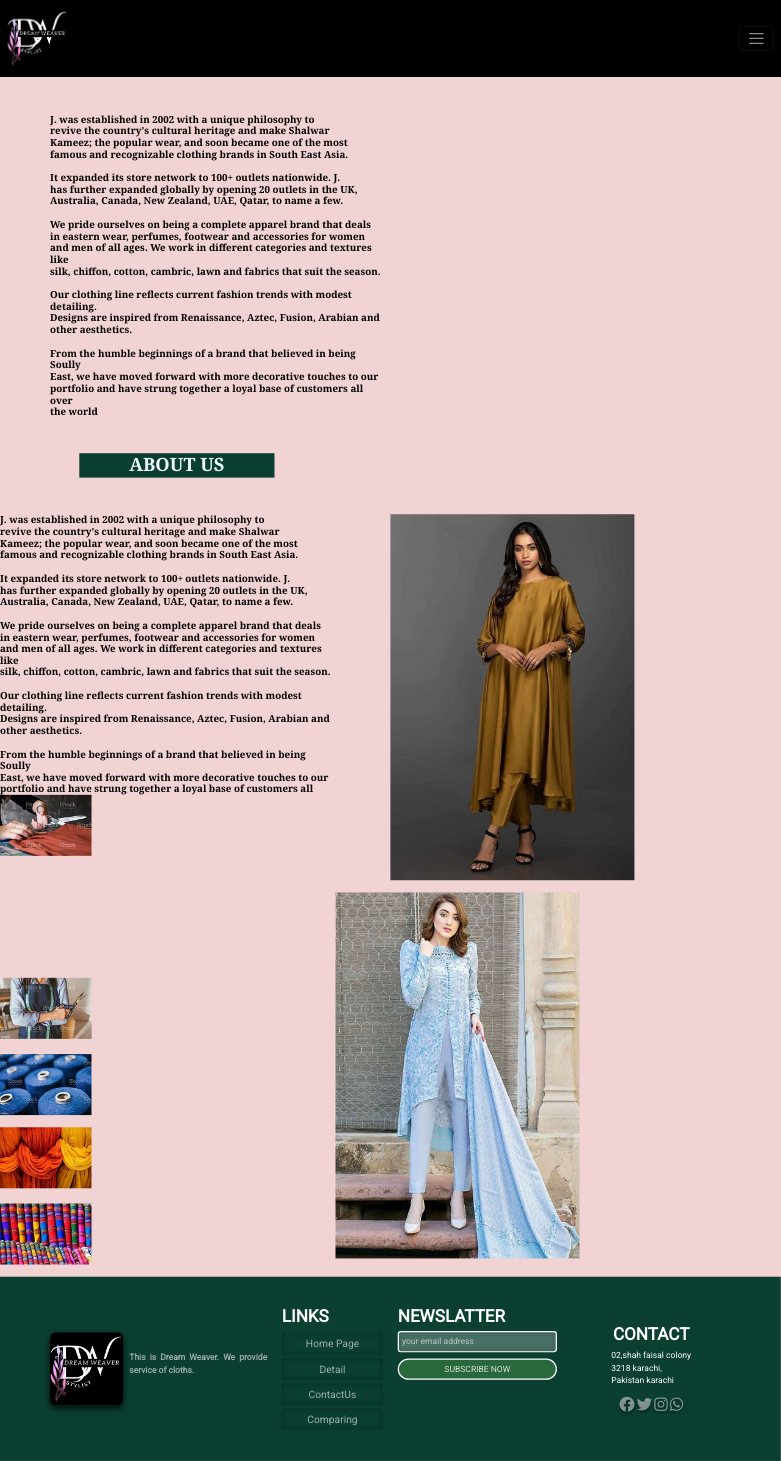
Repository: laibaashraf90/dreamweaver
Page: Source Code/detail.html
The author's editor kept a copy of each file at every save. The page is drawn from the files as they stood at one save, then again after the next save.
The browser window is 1280 px wide. The pictures show the whole page, at 61% of full size.

Above is the page before, as saved 2022-10-29 17:12:29.

### Source Code/detail.html
<!DOCTYPE html>
<html lang="en">
  <head>
    <meta charset="UTF-8">
    <meta http-equiv="X-UA-Compatible" content="IE=edge">
    <meta name="viewport" content="width=device-width, initial-scale=1.0">
    <title>Document</title>
    <link rel="stylesheet" href="./bootstrap-5.2.2-dist/css/bootstrap.min.css">
    <link rel="stylesheet"
      href="https://cdnjs.cloudflare.com/ajax/libs/font-awesome/6.2.0/css/all.min.css">
    <link rel="stylesheet" href="style.css">
  </head>
  <body>
    <!-- Swiper Style start -->

    <!-- Demo styles -->
    <style>
      *{
        margin: 0;
        padding: 0;
      }
       html,

    body {
      position: relative;
      height: 100%;
    }

    body {
      background: #f2d3d3;
      font-family: Helvetica Neue, Helvetica, Arial, sans-serif;
      font-size: 14px;
      color: black;
      margin: 0;
      padding: 0;
    }

    .card {
      color: white;
      font-weight: bold;
      text-align: center;
    }

    .png {
      width: 100px;
      height: 100px;
      margin-bottom: 60%;
    }
 h1{
  background-color: #0B3F32;
    font-size: 30px;
    text-align: center;
    align-items: baseline;
    height: 40px;
    color: aliceblue;
    margin-top: 50px;
    margin-left: 130px;
    width: 50%;
    font-family: Cambria, Cochin, Georgia, Times, 'Times New Roman', serif;
 }
 .picdiv{
  background-color: #f2d3d3;
  margin-top: 60px;
  margin-left: 550px;
margin-bottom: 10px;
 }
    </style>
    <!-- Nav Bar Start -->
    <nav></nav>
    <!-- Nav Bar End -->

    <div class="container">
      <div class="row">
        <div class="col-sm-6">
          <h2>J. was established in 2002 with a unique philosophy to<br> revive
            the country's cultural heritage and make
            Shalwar<br>Kameez; the popular wear, and soon became one of the most<br>famous
            and recognizable clothing
            brands in South East Asia.
            <br>
            <br>
            It expanded its store network to 100+ outlets nationwide. J.<br>has
            further expanded globally by opening 20
            outlets in the UK,<br>Australia, Canada, New Zealand, UAE, Qatar, to
            name a few.
            <br>
            <br>
            We pride ourselves on being a complete apparel brand that deals<br>in
            eastern wear, perfumes, footwear and
            accessories for women<br>and men of all ages. We work in different
            categories and textures like<br>silk,
            chiffon, cotton, cambric, lawn and fabrics that suit the season.
            <br>
            <br>
            Our clothing line reflects current fashion trends with modest
            detailing.<br>Designs are inspired from
            Renaissance, Aztec, Fusion, Arabian and other aesthetics.
            <br>
            <br>
            From the humble beginnings of a brand that believed in being Soully<br>East,
            we have moved forward with
            more decorative touches to our portfolio and have strung together a
            loyal base of customers all over<br>the
            world
          </h2>



        </div>
        <div class="col-sm-6"></div>
      </div>
    </div>



    <div class="con">
      <div class="para">
        <h1>ABOUT US <br></h1>
        <h2>J. was established in 2002 with a unique philosophy to<br> revive
          the country's cultural heritage and make
          Shalwar<br>Kameez; the popular wear, and soon became one of the most<br>famous
          and recognizable clothing
          brands in South East Asia.
          <br>
          <br>
          It expanded its store network to 100+ outlets nationwide. J.<br>has
          further expanded globally by opening 20
          outlets in the UK,<br>Australia, Canada, New Zealand, UAE, Qatar, to
          name a few.
          <br>
          <br>
          We pride ourselves on being a complete apparel brand that deals<br>in
          eastern wear, perfumes, footwear and
          accessories for women<br>and men of all ages. We work in different
          categories and textures like<br>silk,
          chiffon, cotton, cambric, lawn and fabrics that suit the season.
          <br>
          <br>
          Our clothing line reflects current fashion trends with modest
          detailing.<br>Designs are inspired from
          Renaissance, Aztec, Fusion, Arabian and other aesthetics.
          <br>
          <br>
          From the humble beginnings of a brand that believed in being Soully<br>East,
          we have moved forward with
          more decorative touches to our portfolio and have strung together a
          loyal base of customers all over<br>the
          world
        </h2>
      </div>
      <div class="silk">
        <img src="./imges/s1.jpg" alt="">
      </div>
    </div>
    <div class="smallcard">
      <div class="div1"><img src="./imges/t1.jpg" alt=""></div>
      <div class="picdiv"><img src="./imges/t6.jpg" alt=""></div>
      <div class="div2"><img src="./imges/t2.jpg" alt=""></div>
      <div class="div3"><img src="./imges/thread.jpg" alt=""></div>
      <div class="div4"><img src="./imges/t4.jpg" alt=""></div>
      <div class="div5"><img src="./imges/t3.jpg" alt=""></div>
    </div>

    <!-- Footer Start -->
    <footer></footer>
    <!-- Footer End -->
    <script src="./bootstrap-5.2.2-dist/js/bootstrap.min.js"></script>
    <script src="js/header.js"></script>
    <script src="js/footer.js"></script>
  </body>
</html>

### Source Code/style.css
@import url('https://fonts.googleapis.com/css2?family=Roboto&display=swap');
*{
    user-select: none;
    box-sizing: border-box;
    margin: 0;
    padding: 0;
    transition: all 0.3s ease;
    text-decoration: none !important;
    font-family: 'Roboto', sans-serif;
}
html{
    scroll-behavior: smooth;
}
body{
    background-color: rgb(245, 208, 214);
}
nav{
    background-color: black !important;
}
nav .logo{
    width: 100px;
}
nav .navbar-toggler:focus{
    box-shadow: none;
}
.nav1{
    background-color: #0B3F32;
    margin-top: 50px;
    font-size: 25px;
    text-align: center;
    align-items: baseline;
    height: 40px;
    color: aliceblue;
    margin-left: 20px;
    margin-right: 20px;
    font-family: Cambria, Cochin, Georgia, Times, 'Times New Roman', serif;
}
.nav2{
    background-color: #0B3F32;
    font-size: 25px;
    text-align: center;
    align-items: baseline;
    height: 40px;
    color: aliceblue;
    margin-top: 40px;
    margin-left: 20px;
    margin-right: 20px;
    font-family: Cambria, Cochin, Georgia, Times, 'Times New Roman', serif;

}
.nav3{
    background-color: #0B3F32;
    font-size: 25px;
    text-align: center;
    align-items: baseline;
    height: 40px;
    color: aliceblue;
    margin-top: 50px;
    margin-left: 20px;
    margin-right: 20px;
    font-family: Cambria, Cochin, Georgia, Times, 'Times New Roman', serif;
}
.nav4{
    background-color: #0B3F32;
    font-size: 25px;
    text-align: center;
    align-items: baseline;
    height: 40px;
    color: aliceblue;
    margin-top: 40px;
    margin-left: 20px;
    margin-right: 20px;
    font-family: Cambria, Cochin, Georgia, Times, 'Times New Roman', serif;
}
.nav5{
    background-color: #0B3F32;
    font-size: 25px;
    text-align: center;
    align-items: baseline;
    height: 40px;
    color: aliceblue;
    margin-top: 40px;
    margin-left: 20px;
    margin-right: 20px;
    font-family: Cambria, Cochin, Georgia, Times, 'Times New Roman', serif;
}
.nav6{
    background-color: #0B3F32;
    font-size: 25px;
    text-align: center;
    align-items: baseline;
    height: 40px;
    color: aliceblue;
    margin-top: 40px;
    margin-left: 20px;
    margin-right: 20px;
    font-family: Cambria, Cochin, Georgia, Times, 'Times New Roman', serif;
}
h5{
    color: black;
    font-size: 30px;
    font-weight: bolder;
    font-family: Cambria, Cochin, Georgia, Times, 'Times New Roman', serif;

}
.BTN1{
  font-size: large;
    background-color:#0B3F32;
    font-weight: bold;
    font-family:Cambria, Cochin, Georgia, Times, 'Times New Roman', serif;
}
.BTN2{
    background-color:#0B3F32;
    font-size: large;
    font-weight: bold;
    font-family:Cambria, Cochin, Georgia, Times, 'Times New Roman', serif;
    color: white;
}
.BTN1:hover{
background-color: #0B3F32;
font-family: monospace;
}
.BTN2:hover{
    background-color: #0B3F32;
    font-family: monospace;
    font-size: large;
    font-weight: bold;
    color: white;
}
.cardsection{
    border-radius: 10px;
    background-color: white;
    background: rgba( 255, 255, 255, 0.25 );
    box-shadow: 0 8px 32px 0 rgba( 31, 38, 135, 0.37 );
    backdrop-filter: blur( 4px );
    -webkit-backdrop-filter: blur( 4px );
    border-radius: 10px;
    border: 1px solid rgba( 255, 255, 255, 0.18 );
}
.text-center{
    size: 100%;
    color:gray;
    text-align: center;
}
.star1:hover{
    color: gold;
}
.star2:hover{
    color: gold;
}
.star3:hover{
    color: gold;
}
.star4:hover{
    color: gold;
}
.star5:hover{
    color: gold;
}
.star6:hover{
    color: gold;
}
.card-title{
    text-align: center;
    font-size: 20px;
}
.text-center1{
    text-align: center;
 font-size: 30px;
 font-family: Cambria, Cochin, Georgia, Times, 'Times New Roman', serif;
}
.card-img-top {
    border-radius: 20px;
    margin-top: 5%;
}
.home{
    transition: 2s;
}
.home:hover{
transform: scale(1.2);
/*(150% zoom - Note: if the zoom is too large, it will go outside of the viewport)*/
}




.con{
    display: grid;
    grid-template-columns: 1fr 1fr ;
    grid-template-rows: 300px 300px ;
}
.silk{
    width: 50%;
    height: 600px;
    margin-top: 150px;
    margin-left: 0px;
}
h1{
    background-color: #0B3F32;
margin-top: 60px;
    text-align: center;
    font-family: Cambria, Cochin, Georgia, Times, 'Times New Roman', serif;
    font-weight: bold;
    font-size: 25px;
}
h2{
    width: 550px;
    margin-top: 60px;
    font-size: medium;
    font-weight:bold;
    font-family: Cambria, Cochin, Georgia, Times, 'Times New Roman', serif;
}
.div1{
    background-color: #0B3F32;
    width: 150px;
    height: 100px;
margin-top: 10px;
}
.div2{
    background-color: #0B3F32;
    width: 150px;
    height: 100px;
margin-top: -470px;
}
.div3{
    background-color: #0B3F32;
    width: 150px;
    height: 100px;
margin-top: 25px;
}
.div4{
    background-color: #0B3F32;
    width: 150px;
    height: 100px;
margin-top: 20px;
}
.div5{
    background-color: #0B3F32;
    width: 150px;
    height: 100px;
margin-top: 25px;
margin-bottom: 20px;
}

.pic{
background-color: #0B3F32;
width: 660%;
height: 600px;
margin-top:-600px;
margin-left:670px;
}
footer{
    background: #0B3F32 ;
}
footer .logo{
    width: 120px;
    border-radius: 10px;
    box-shadow: 0 5px 10px rgba(0, 0, 0, 0.8);
}
footer .title{
    font-size: 2.0em;
    font-weight: bold;
    color: #fff;
    text-transform: uppercase;
}
footer .desc{
    margin-left: 10px;
    text-align: justify;
    font-weight: bold;
    color: rgba(214, 214, 214, 0.705);
    font-size: 1.0em;
}
footer .linkContainer{
    display: flex;
    flex-direction: column;
    align-items: flex-start;
    justify-content: center;
}
footer .linkContainer a{
    text-decoration: none;
    text-transform: capitalize;
    color: rgba(255, 255, 255, 0.589);
    width: 100%;
    text-align: center;
    font-size: 1.2em;
    border-radius: 5px;
    box-shadow: 0 0 10px rgba(0, 0, 0, 0.3) inset;
    padding: 5px 0;
    margin: 3px 0;
}
footer .linkContainer a:hover{
    letter-spacing: 1px;
}
footer input{
    width: 100%;
    border: 2px solid #fff !important;
    box-shadow: 0 0 10px rgba(0, 0, 0, 0.2) inset !important;
    background-color: rgba(255, 255, 255, 0.253) !important;
    color: rgba(255, 255, 255, 0.8) !important;
    text-transform: lowercase !important;
    margin-bottom: 10px !important;
    padding: 5px;
    border-radius: 5px;
    outline: none;
}
footer input::placeholder{
    color: rgba(255, 255, 255, 0.6);
}
footer button{
    outline: none;
    font-size: 1.0em;
    margin-top: 0px;
    width: auto;
    border-radius: 50px;
    background-color: rgba(70, 145, 68, 0.5) !important;
    color: rgba(255, 255, 255, 0.8) !important;
    border: 2px solid #fff !important;
    padding: 5px;
}
footer .social-icons{
    color: rgba(255, 255, 255, 0.5);
    text-shadow: 0 2px 5px rgba(0, 0, 0, 0.5);
}
footer .social-icons i{
    font-size: 1.8em;
}

footer .znc{
    color: #fff;
}
.productImg{
    height: 100%;
    width: 100%;
    object-fit: cover;
}
.modPos{
    position: absolute;
    z-index: 10000;
}

### Source Code/js/header.js
document.querySelector("nav").classList.add("bfs")
document.querySelector("nav").classList.add("navbar")
document.querySelector("nav").classList.add("navbar-dark")
document.querySelector("nav").classList.add("sticky-top")
document.querySelector("nav").innerHTML=`
<div class="container-fluid">
      <a class="navbar-brand" href="">
        <img class="logo" src="./images/D.png">
      </a>
      <button class="navbar-toggler" type="button" data-bs-toggle="offcanvas" data-bs-target="#offcanvasDarkNavbar"
        aria-controls="offcanvasDarkNavbar">
        <span class="navbar-toggler-icon"></span>
      </button>
      <div class="offcanvas offcanvas-end text-bg-dark navbar-collapse" tabindex="-1" id="offcanvasDarkNavbar"
        aria-labelledby="offcanvasDarkNavbarLabel">
        <div class="offcanvas-header">
          <h5 class="offcanvas-title" id="offcanvasDarkNavbarLabel">Dark offcanvas</h5>
          <button type="button" class="btn-close btn-close-white" data-bs-dismiss="offcanvas"
            aria-label="Close"></button>
        </div>
        <div class="offcanvas-body">
          <ul class="navbar-nav justify-content-end flex-grow-1 pe-3">
            <li class="nav-item">
              <a class="nav-link active" aria-current="page" href="./index.html">Home</a>
            </li>
            <li class="nav-item">
              <a class="nav-link" href="./Orient _ Gul-Ahmed collection.html">Orient & Gul-Ahmed Women Collection</a>
            </li>


            <li class="nav-item">
              <a class="nav-link" href="./j.Asim Jofa Wedding Collection.html">J. & Asim Jofa Women Wedding
                Collection</a>
            </li>

            <li class="nav-item">
              <a class="nav-link" href="./women Jeans.html">Out Fitters & Zara's Women Jeans Collection</a>
            </li>

            <li class="nav-item">
              <a class="nav-link" href="j. mens formal_Wedding Collection.html">J.mens formal&Wedding Collection</a>
            </li>

            <li class="nav-item">
              <a class="nav-link" href="./gulahmedmens.html">Gul-Ahmed Mens Collection</a>
            </li>

            <li class="nav-item">
              <a class="nav-link" href="./mensjeans.html">Zara's Mens Shirts & Paint Collection</a>
            </li>


            <li class="nav-item">
              <a class="nav-link" href="./comparing.html">Comparing Page</a>
            </li>

            <li class="nav-item">
              <a class="nav-link" href="./detail.html">Details</a>
            </li>


            <li class="nav-item">
              <a class="nav-link" href="./contact.html">Contact</a>
            </li>

          </ul>

        </div>

`

### Source Code/js/footer.js
document.querySelector("footer").innerHTML = `
<div class="container py-5">
      <div class="row">
        <div class="col-md-4 d-flex align-items-center">
          <a href="index.html">
            <img class="logo" src="./images/D.png">
          </a>
          <p class="desc">This is Dream Weaver. We provide service of cloths.</p>
        </div>
        <div class="col-md-2">
          <h3 class="title">links</h3>
          <div class="linkContainer">
            <a href="./index.html">Home Page</a>
            <a href="./detail.html">Detail </a>
            <a href="./contact.html">ContactUs</a>
            <a href="./Comparing.html">Comparing</a>
          </div>
        </div>
        <div class="col-md-3">
          <h3 class="title">newslatter</h3>
          <form class="d-flex justify-content-center flex-column">
            <input type="email" maxlength="30" placeholder="Your Email Address" required>
            <button type="submit">SUBSCRIBE NOW</button>
          </form>
        </div>
        <div class="col-md-3 d-flex justify-content-center flex-column align-items-center">
          <h3 class="title">contact</h3>
          <p class="znc">02,shah faisal colony<br>
            3218 karachi, <br>Pakistan karachi</p>
          <div class="social-icons">
            <i class="fa-brands fa-facebook"></i>
            <i class="fa-brands fa-twitter"></i>
            <i class="fa-brands fa-instagram"></i>
            <i class="fa-brands fa-whatsapp"></i>
          </div>
        </div>
      </div>
    </div>
`

Loaded but not shown: Source Code/bootstrap-5.2.2-dist/css/bootstrap.min.css (library); Source Code/bootstrap-5.2.2-dist/js/bootstrap.min.js (library)

After the next save:
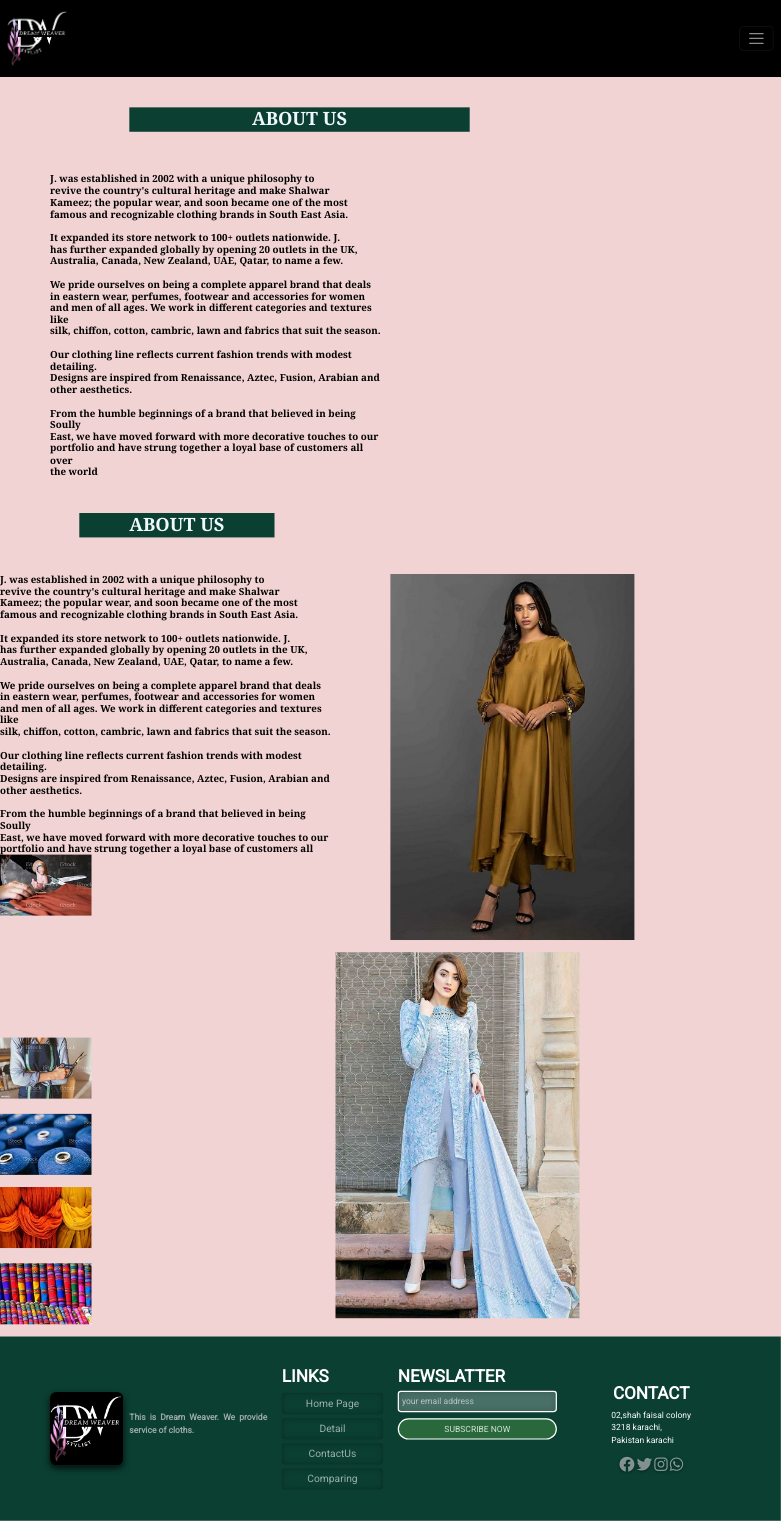
Saved 21 s later.
--- a/Source Code/detail.html
+++ b/Source Code/detail.html
@@ -70,6 +70,8 @@
     <!-- Nav Bar End -->
 
     <div class="container">
+      <h1>ABOUT US <br></h1>
+
       <div class="row">
         <div class="col-sm-6">
           <h2>J. was established in 2002 with a unique philosophy to<br> revive
